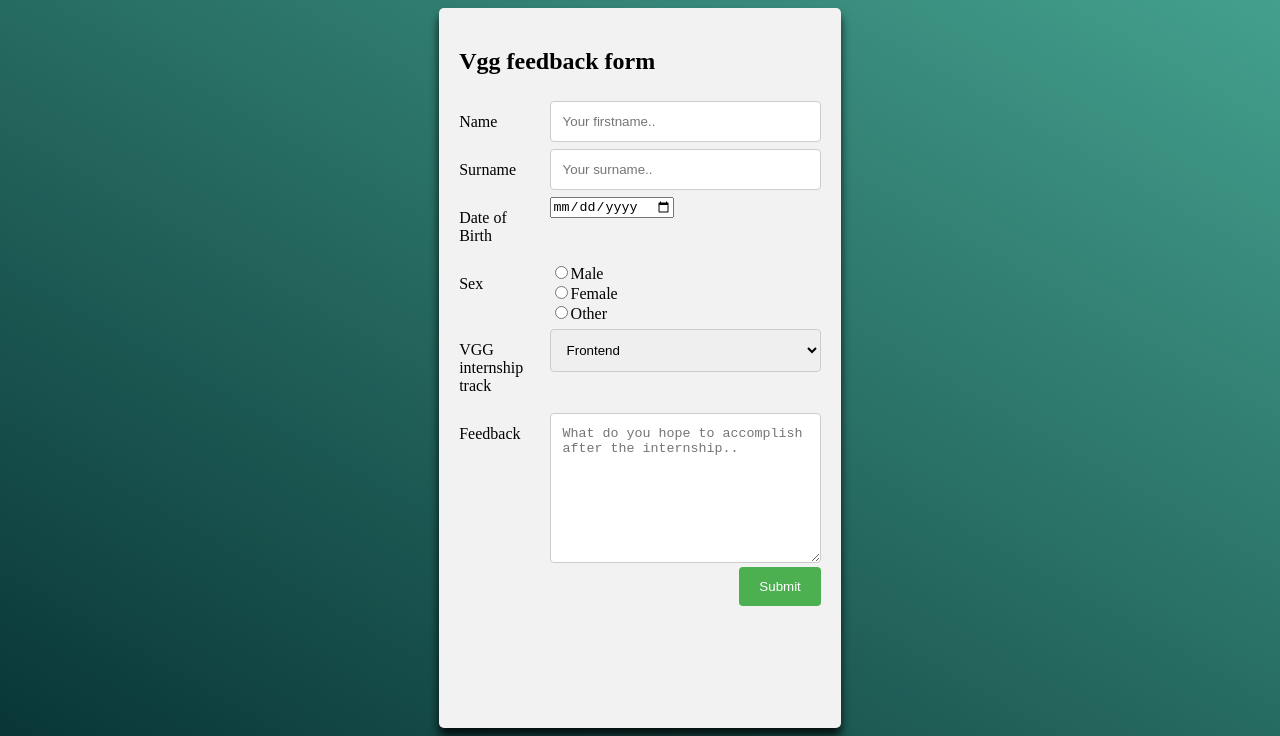
Repository: iphyokafor/VGG-Feedback-form
Page: index2.html
These files come from the project's save history. The page is drawn as it stood at one moment and after the next save; the edit follows.
The browser window is 1280 px wide. The pictures show the whole page.

Above is the page before, as saved 2020-01-13 00:53:01.

### index2.html
<!DOCTYPE html>
<html lang="en">

<head>
    <meta charset="UTF-8">
    <meta name="viewport" content="width=device-width, initial-scale=1.0">
    <meta http-equiv="X-UA-Compatible" content="ie=edge">
    <title>VGG feedback form</title>
    <link rel="stylesheet" href="./main.css">
</head>

<body>
    <div class="container">
        <form>
            <h2 class="heading">Vgg feedback form</h2>
            <div class="row">
                <div class="col-25">
                    <label for="name">Name</label>
                </div>
                <div class="col-75">
                    <input type="text" class="txtinput" id="name" name="name" placeholder="Your firstname..">
                </div>
            </div>
            <div class="row">
                <div class="col-25">
                    <label for="surname">Surname</label>
                </div>
                <div class="col-75">
                    <input type="text" class="txtinput" id="surname" name="surname" placeholder="Your surname..">
                </div>
            </div>
            <div class="row">
                <div class="col-25">
                    <label for="dob">Date of Birth</label>
                </div>
                <div class="col-75">
                    <input type="date" id="date" name="date">
                </div>
            </div>
            <div class="row">
                <div class="col-25">
                    <label for="sex">Sex</label>
                </div>
                <div class="col-75">
                    <input type="radio" name="gender">Male<br>
                    <input type="radio" name="gender">Female<br>
                    <input type="radio" name="gender">Other
                </div>
            </div>
            <div class="row">
                <div class="col-25">
                    <label for="VGG internship">VGG internship track</label>
                </div>
                <div class="col-75">
                    <select id="VGG internship" name="VGG">
            <option value="frontend">Frontend</option>
            <option value="backend">Backend</option>
            <option value="ui/ux">UI/UX</option>
            <option value="software">Software Quality Assurance</option>
            <option value="devops">DevOps</option>
          </select>
                </div>
            </div>
            <div class="row">
                <div class="col-25">
                    <label for="feedback">Feedback</label>
                </div>
                <div class="col-75">
                    <textarea id="feedback" name="feedback" placeholder="What do you hope to accomplish after the internship.." style="height:150px"></textarea>
                </div>
            </div>
            <div class="row">
                <input type="submit" class="btn" value="Submit">
            </div>
        </form>
    </div>

</body>

</html>

### main.css
/* Style inputs, select elements and textareas */

body {
    display: flex;
    justify-content: center;
    flex-wrap: wrap;
    background: linear-gradient(to right top, #093637, #44A08D);
    background-repeat: no-repeat;
    height: 100vh;
}

.txtinput,
select,
textarea {
    width: 100%;
    padding: 12px;
    border: 1px solid #ccc;
    border-radius: 4px;
    box-sizing: border-box;
    resize: vertical;
}


/* Style the label to display next to the inputs */

label {
    padding: 12px 12px 12px 0;
    display: inline-block;
}


/* Style the submit button */

.btn {
    background-color: #4CAF50;
    color: white;
    padding: 12px 20px;
    border: none;
    border-radius: 4px;
    cursor: pointer;
    float: right;
    transition: all 1s;
}

.btn:hover {
    transform: scale(1.1);
}


/* Style the container */

.container {
    border-radius: 5px;
    background-color: #f2f2f2;
    padding: 20px;
    box-shadow: 0 8px 10px rgba(0, 0, 0, 0.8);
    transition: border 0.15s linear 0s, linear 0s, color 0.15s linear 0s;
}


/* Floating column for labels: 25% width */

.col-25 {
    float: left;
    width: 25%;
    margin-top: 6px;
}


/* Floating column for inputs: 75% width */

.col-75 {
    float: left;
    width: 75%;
    margin-top: 6px;
}


/* Clear floats after the columns */

.row:after {
    content: "";
    display: table;
    clear: both;
}


/* Responsive layout - when the screen is less than 600px wide, make the two columns stack on top of each other instead of next to each other */

@media screen and (max-width: 600px) {
    .col-25,
    .col-75,
    input[type=submit] {
        width: 100%;
        margin-top: 0;
    }
}

After the next save:
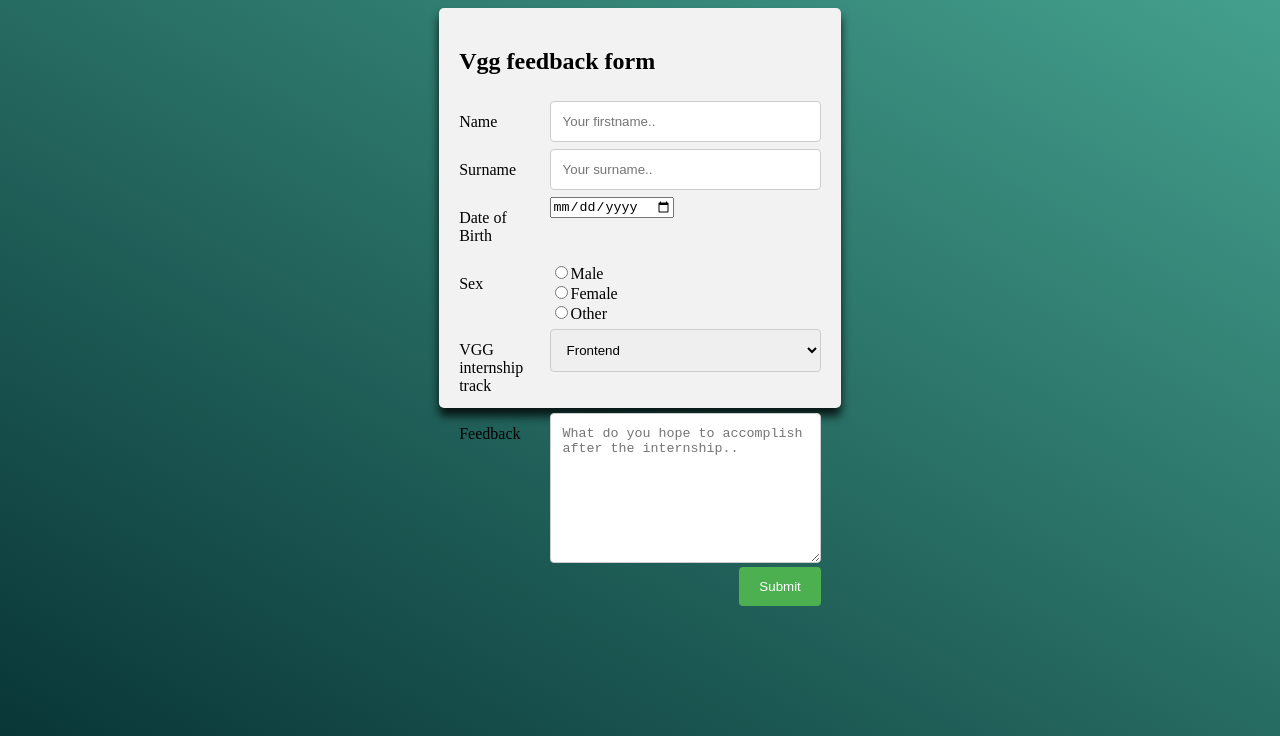
Saved 54 s later.
--- a/main.css
+++ b/main.css
@@ -50,6 +50,7 @@ label {
 /* Style the container */
 
 .container {
+    height: 50vh;
     border-radius: 5px;
     background-color: #f2f2f2;
     padding: 20px;
